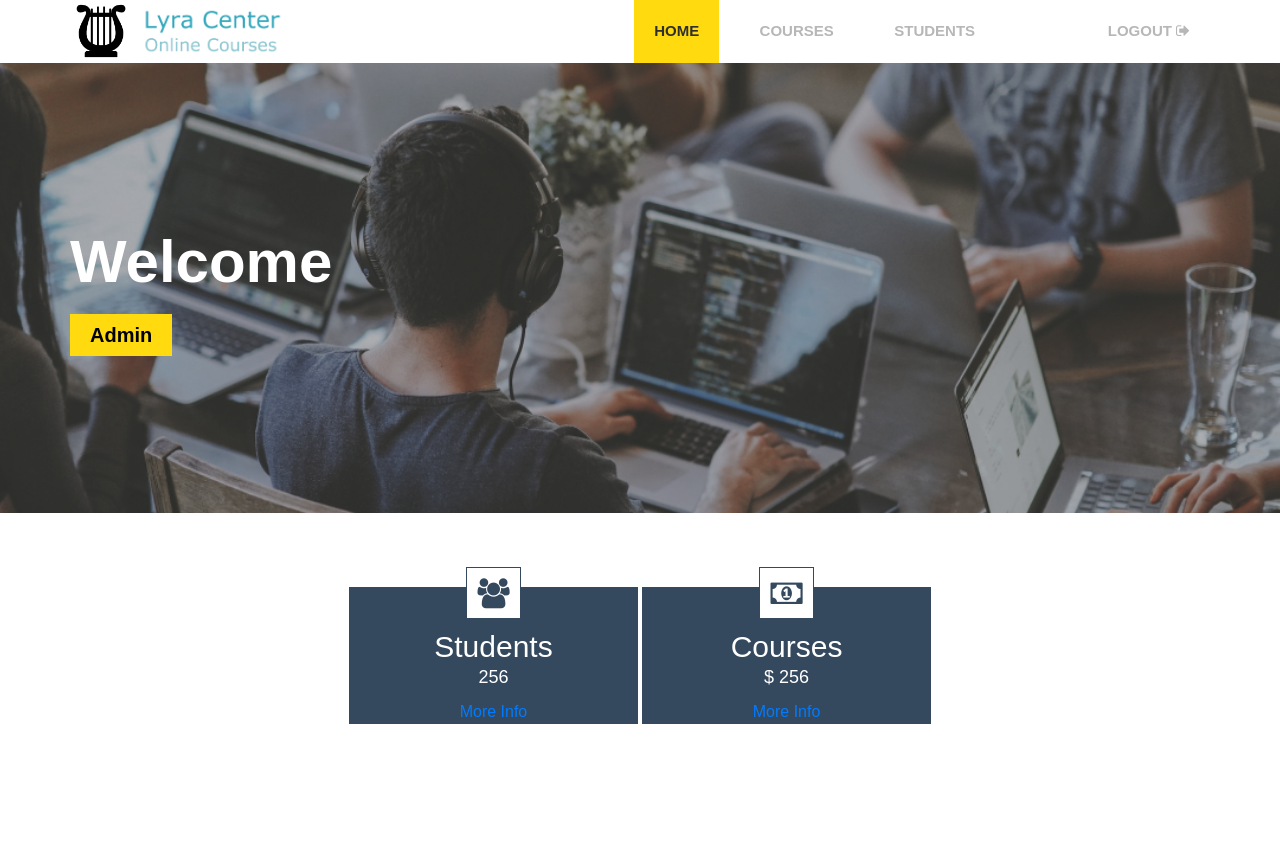
Repository: jersmaecrz/lyra-center
Page: aHome.html
An editor plug-in stored every save of this project. The page is shown before and after the next save, followed by the edit.
The browser window is 1280 px wide. The pictures show the whole page.
Some web fonts or font styles are not loaded; a fallback is used.

Above is the page before, as saved 2022-12-03 21:50:54.

### aHome.html
<!DOCTYPE html>
<html lang="zxx">

<head>
    <link rel="icon" href="img/lyre.png">
    <meta charset="UTF-8">
    <meta name="description" content="Anime Template">
    <meta name="keywords" content="Anime, unica, creative, html">
    <meta name="viewport" content="width=device-width, initial-scale=1.0">
    <meta http-equiv="X-UA-Compatible" content="ie=edge">
    <title>Lyra | Home</title>
    <link rel="stylesheet" href="css/admin-home-style.css" type="text/css">

    <!-- Google Font -->
    <link href="https://fonts.googleapis.com/css2?family=Mulish:wght@300;400;500;600;700;800;900&display=swap"
    rel="stylesheet">

    <link rel="preconnect" href="https://fonts.googleapis.com">
    <link rel="preconnect" href="https://fonts.gstatic.com" crossorigin>
    <link href="https://fonts.googleapis.com/css2?family=Open+Sans:wght@700&display=swap" rel="stylesheet">

    <!-- Css Styles -->
    <link rel="stylesheet" href="css/bootstrap.min.css" type="text/css">
    <link rel="stylesheet" href="css/font-awesome.min.css" type="text/css">
    <link rel="stylesheet" href="css/elegant-icons.css" type="text/css">
    <link rel="stylesheet" href="css/plyr.css" type="text/css">
    <link rel="stylesheet" href="css/nice-select.css" type="text/css">
    <link rel="stylesheet" href="css/owl.carousel.min.css" type="text/css">
    <link rel="stylesheet" href="css/slicknav.min.css" type="text/css">
    <link rel="stylesheet" href="css/style.css" type="text/css">
</head>

<body>
    <!-- Page Preloder -->
    <div id="preloder">
        <div class="loader"></div>
    </div>

    <!-- Header Section Begin -->
    <header class="header">
        <div class="container">
            <div class="row">
                <div class="col-lg-5">
                    <div class="header__logo">
                        <a href="./index.html">
                            <img src="img/lyre.png" alt="" width=62px>
                            <img src="img/lyra.png" alt="" width=150px>
                        </a>
                    </div>
                </div>
                <div class="col-lg-7">
                    <div class="header__nav">
                        <nav class="header__menu mobile-menu">
                            <ul>
                                <li class="active"><a href="./index.html">HOME</a></li>
                                <li ><a href="./courses.html">COURSES</a></li>
                                <li ><a href="./signup.html">STUDENTS</a></li>
                                <li class="right"><a href="./signup.html">LOGOUT <i class="fa fa-sign-out" aria-hidden="true"></i></a></li>


                            </ul>
                        </nav>
                    </div>
                </div>

            </div>
            <div id="mobile-menu-wrap"></div>
        </div>
    </header>
    <!-- Header End -->


      <!-- Normal Breadcrumb Begin -->
    <section class="normal-breadcrumb set-bg" data-setbg="img/banner.png">
        <div class="container">
            <div class="row">
                <div class="col-lg-5">
                    <div class="normal__breadcrumb__text">
                        <h2>Welcome</h2>
                        <div class="lemony"><a><span><b>Admin</b></span</a></div>
                    </div>
                </div>
            </div>
        </div>

    </section>
    <!-- Normal Breadcrumb End -->
<br>

<!-- Dashboard -->
<div class="container">
    <div class="row">
            <div class="col-lg-12">
                <div class="main-section normal__breadcrumb__text">
                    <div class="dashboard">
                        <div class="icon-section">
                            <i class="icon fa fa-users" aria-hidden="true"></i><br>
                            <h3>Students</h3>
                            <p>256</p>
                        </div>
                        <div class="detail-section">
                            <a href="#">More Info </a>
                        </div>
                    </div>
                    <div class="dashboard dashbord-green">
                        <div class="icon-section">
                            <i class="icon fa fa-money" aria-hidden="true"></i><br>
                            <h3>Courses</h3>
                            <p>$ 256</p>
                        </div>
                        <div class="detail-section">
                            <a href="#">More Info </a>
                        </div>
                    </div>
            </div>
    </div>
</div>
<br>
<br>
<br>
<br>
<br>

<!-- Footer Section Begin
<footer class="footer">
    <div class="page-up">
        <a href="#" class="scroll"><span class="arrow_carrot-up"></span></a>
    </div>
    <div class="container">
        <div class="row">
            <div class="col-lg-3">
                <div class="footer__logo">
                    <a href="./index.html">
                        <img src="img/mango manga.png" alt="" width=80px>
                        <img src="img/mm.png" alt="" width=110px>
                    </a>
                </div>
            </div>
            <div class="col-lg-6">
                <div class="footer__nav">
                    <ul>
                        <li class="active"><a href="./index.html">HOME</a></li>
                        <li ><a href="./courses.html">COURSES</a></li>
                        <li ><a href="./signup.html">STUDENTS</a></li>

                    </ul>
                </div>
            </div>

          </div>
      </div>
  </footer>
  <!-- Footer Section End -->


<!-- Js Plugins -->
<script src="js/jquery-3.3.1.min.js"></script>
<script src="js/bootstrap.min.js"></script>
<script src="js/player.js"></script>
<script src="js/jquery.nice-select.min.js"></script>
<script src="js/mixitup.min.js"></script>
<script src="js/jquery.slicknav.js"></script>
<script src="js/owl.carousel.min.js"></script>
<script src="js/main.js"></script>


</body>

</html>

### css/admin-home-style.css
.right {
    float: right;

}
.scroll {
    margin-left: -50px;
    margin-top: -50px;
}
.main-section{
	width:80%;
	margin:0 auto;
	text-align: center;
	padding: 0px 5px;
}
.dashboard{
	width:32%;
	display: inline-block;
	background-color:#34495E;
	color:#fff;
	margin-top: 50px;
}
.icon-section i{
	font-size: 30px;
	padding:10px;
	border:1px solid #34495E;
	margin-top:-25px;
	margin-bottom: 10px;
	background-color:#fff;
}
.icon-section h3{
	font-size: 30px;
    color: #fff;
}
.icon-section p{
	margin:0px;
	font-size: 20px;
	padding-bottom: 10px;
}
.icon {
    color: #34495E;
}

Loaded but not shown: css/bootstrap.min.css (library); css/font-awesome.min.css (library); css/plyr.css (library); css/nice-select.css (common file); css/owl.carousel.min.css (library); css/slicknav.min.css (common file); js/jquery-3.3.1.min.js (library); js/bootstrap.min.js (library); js/player.js (library); js/jquery.nice-select.min.js (common file); js/mixitup.min.js (library); js/jquery.slicknav.js (library); js/owl.carousel.min.js (library); js/main.js (101 lines, source omitted); css/elegant-icons.css (1157 lines, source omitted); css/style.css (1159 lines, source omitted)

After the next save:
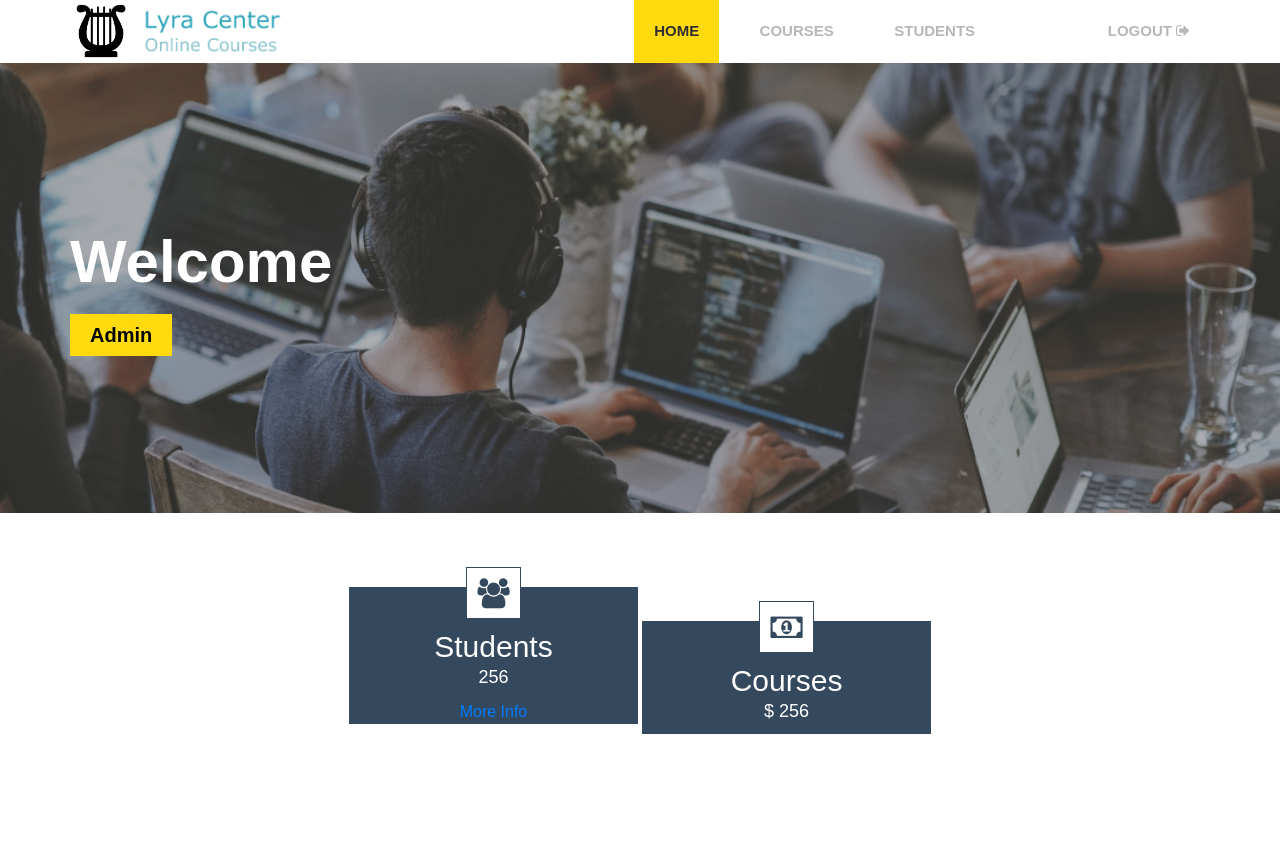
Saved 4 s later.
--- a/aHome.html
+++ b/aHome.html
@@ -108,9 +108,7 @@
                             <h3>Courses</h3>
                             <p>$ 256</p>
                         </div>
-                        <div class="detail-section">
-                            <a href="#">More Info </a>
-                        </div>
+
                     </div>
             </div>
     </div>
